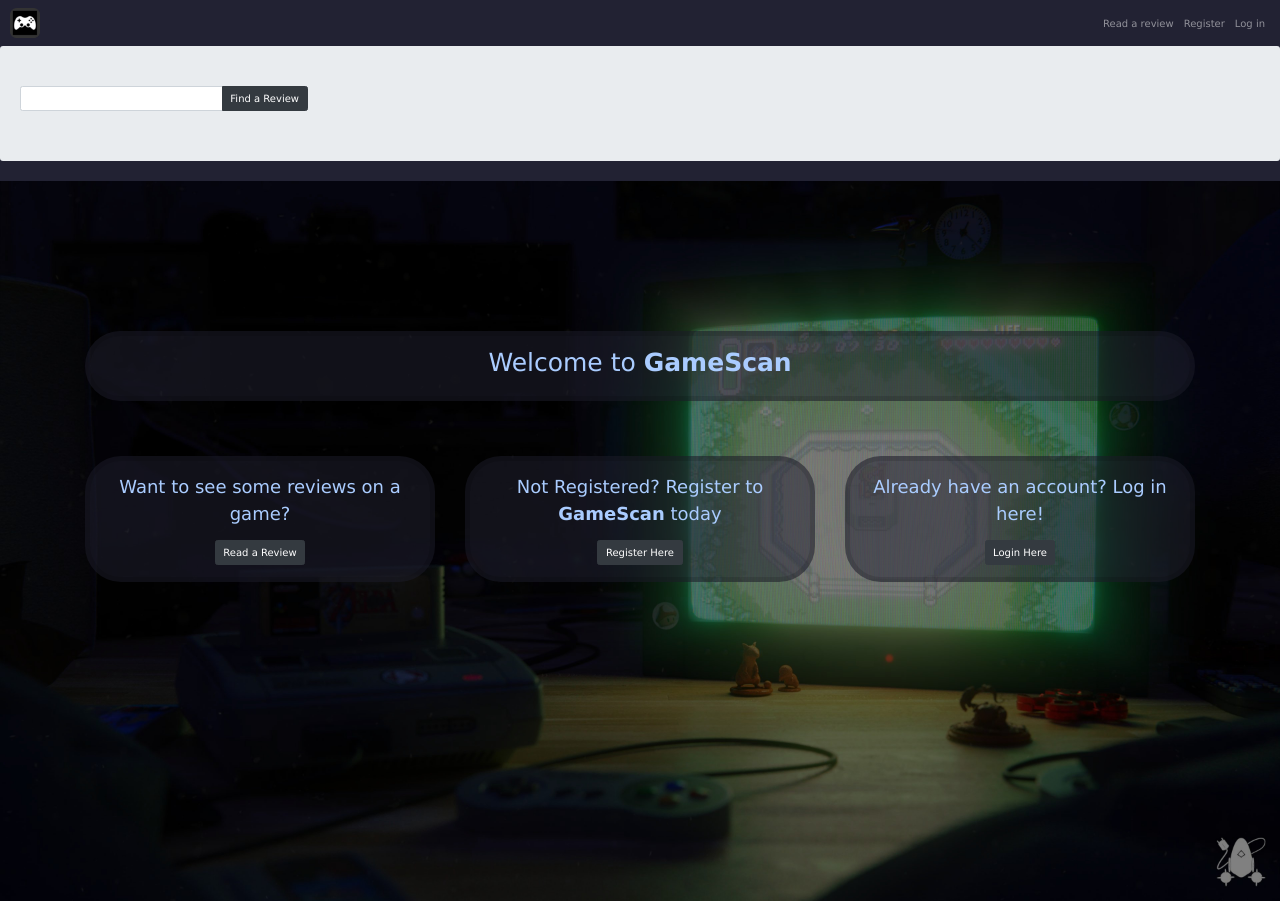
Repository: amit238/milestone-project-3
Page: http://localhost/
The author's editor kept a record of every edit. The page is drawn from the files as they stood at one moment, then again after the next edit.
The browser window is 1280 px wide. The pictures show the whole page.
Some web libraries are served in a nearby version. The page is served by the project's application, run on Flask 3 (app.py). Other server files are loaded and not shown.

Above is the page before.

### templates/index.html
{% extends "base.html" %} {% block nav_index %}active{% endblock %} {% block content %}
<div class="background">
    <div class="container fade-in">
        <div class="row">
            <div class="col-12 homepage">
                <div class="card homepage-card">
                    <div class="card-body">
                        <h1 class="welcome">Welcome to <strong>GameScan</strong></h1>
                    </div>
                </div>
            </div>
        </div>
        <div class="row padding-text-align">
            <div class="col-12 col-lg-4">
                <div class="card homepage-card">
                    <!--Homepage which shows cards providing buttons to redirect -->
                    <div class="card-body">
                        <p>Want to see some reviews on a game?</p>
                        <a href="{{ url_for('reviews') }}" ><button method="get" type="submit" type="button" class="btn btn-dark">Read a Review</button></a>
                    </div>
                </div>
            </div>
            <div class="col-12 col-lg-4">
                <div class="card homepage-card">
                    <div class="card-body">
                        <p>Not Registered? Register to <strong>GameScan</strong> today</p>
                        <a href="{{ url_for('register') }}"><button type="button" class="btn btn-dark">Register Here</button></a>
                    </div>
                </div>
            </div>
            <div class="col-12 col-lg-4">
                <div class="card homepage-card">
                    <div class="card-body">
                        <p>Already have an account? Log in here!</p>
                        <a href="{{ url_for('login') }}"><button type="button" class="btn btn-dark">Login Here</button></a>
                    </div>
                </div>
            </div>
        </div>
        {% endblock %}

### templates/base.html
<!DOCTYPE html>
<html lang="en">

<head>
  <meta charset="UTF-8">
  <meta name="viewport" content="width=device-width, initial-scale=1.0">
  <meta http-equiv="X-UA-Compatible" content="ie=edge"> {% if title %}
  <title>GameScan - {{ title }} </title>
  {% else %}
  <title>Welcome to GameScan!</title>
  {% endif %}
  <link rel="stylesheet" href="https://maxcdn.bootstrapcdn.com/bootstrap/4.2.1/css/bootstrap.min.css" type="text/css" />
  <link rel="stylesheet" href="https://use.fontawesome.com/releases/v5.0.10/css/all.css" integrity="sha384-+d0P83n9kaQMCwj8F4RJB66tzIwOKmrdb46+porD/OvrJ+37WqIM7UoBtwHO6Nlg" crossorigin="anonymous">
  <link rel="stylesheet" href="{{url_for('static', filename='css/style.css')}}" type="text/css" />
  <link rel="shortcut icon" type="image/ico" href="{{ url_for('static', filename='img/favicon.ico') }}" />
</head>

<body>

  <header>
    <nav class="navbar navbar-expand-lg navbar-dark bg-custom ">
      <a class="navbar-brand" href="{{ url_for('index') }}">
       <img src="{{ url_for('static', filename='img/favicon.ico') }}" width="30" height="30" alt="">
  </a>
      <button class="navbar-toggler" type="button" data-toggle="collapse" data-target="#navbarNavAltMarkup" aria-controls="navbarNavAltMarkup" aria-expanded="false" aria-label="Toggle navigation">
    <span class="navbar-toggler-icon"></span>
  </button>
      <div class="collapse navbar-collapse" id="navbarNavAltMarkup">
        <div class="navbar-nav ml-auto">
          <!--Being 'logged in' will show different links-->
          {% if session['logged_in'] == True %}
          <a class="nav-item nav-link" href="{{ url_for('reviews') }}">Read a review</a>
          <a class="nav-item nav-link" href="{{ url_for('addreview') }}">Write a review</a>
          <a class="nav-item nav-link" href="{{ url_for('logout') }}">Sign Out</a> {% else %}
          <a class="nav-item nav-link" href="{{ url_for('reviews') }}">Read a review</a>
          <a class="nav-item nav-link" href="{{ url_for('register') }}">Register</a>
          <a class="nav-item nav-link" href="{{ url_for('login') }}">Log in</a> {% endif %}
        </div>
      </div>
    </nav>
    <div class="jumbotron">
    <div class="row">
      <div class="col-lg-3">
        <form class="input-group mb-3" action="{{ url_for('search') }}">
          <input class="form-control" type="text" name="query" />
          <div class="input-group-append">
            <button class="btn btn-dark" type="submit">Find a Review</button>
          </div>
        </form>
      </div>
    </div>
    </div>
    {% with messages = get_flashed_messages() %} {% if messages %}
    <ul>
      {% for message in messages %}
      <li class="alert-warning">{{ message }}</li>
      {% endfor %}
    </ul>
    {% endif %} {% endwith %} {% block content %} {% endblock %}
  </header>
  <script src="https://code.jquery.com/jquery-3.5.1.js" integrity="sha256-QWo7LDvxbWT2tbbQ97B53yJnYU3WhH/C8ycbRAkjPDc=" crossorigin="anonymous"></script>
  <script src="https://cdnjs.cloudflare.com/ajax/libs/popper.js/1.14.6/umd/popper.min.js" integrity="sha384-wHAiFfRlMFy6i5SRaxvfOCifBUQy1xHdJ/yoi7FRNXMRBu5WHdZYu1hA6ZOblgut" crossorigin="anonymous"></script>
  <script src="https://stackpath.bootstrapcdn.com/bootstrap/4.2.1/js/bootstrap.min.js" integrity="sha384-B0UglyR+jN6CkvvICOB2joaf5I4l3gm9GU6Hc1og6Ls7i6U/mkkaduKaBhlAXv9k" crossorigin="anonymous"></script>
</body>

</html>

### app.py
import os
if os.path.exists("env.py"):
  import env
from flask import Flask, render_template, redirect, request, url_for, flash, session
from forms import LoginForm, RegisterForm, ReviewGameForm
from flask_pymongo import PyMongo
from bson.objectid import ObjectId
import re
import bcrypt

app = Flask(__name__)
app.config["MONGO_DBNAME"] = 'game_scan'
app.config["MONGO_URI"] = os.environ.get('MONGO_URI')

mongo = PyMongo(app)

SECRET_KEY = os.urandom(32)
app.config['SECRET_KEY'] = SECRET_KEY



@app.route('/reviews')
def reviews():
    return render_template('reviews.html', title="Read a review!", game_reviews=mongo.db.game_reviews.find())







@app.route('/')
def index():
    return render_template('index.html', title="Home")






# Adding Log in

@app.route('/login', methods=['GET', 'POST'])
def login():
    """Login handler"""
    if session.get('logged_in'):
        if session['logged_in'] is True:
            return redirect(url_for('index', title="Log In"))

    form = LoginForm()

    if form.validate_on_submit():
        # get all users
        users = mongo.db.users
        # try and get one with same name as entered
        db_user = users.find_one({'name': request.form['username']})

        if db_user:
            # check password using hashing
            if bcrypt.hashpw(request.form['password'].encode('utf-8'),
                             db_user['password']) == db_user['password']:
                session['username'] = request.form['username']
                session['logged_in'] = True
                flash('You have successfully logged in!')
                # successful redirect to home logged in
                return redirect(url_for('index', title="Sign In", form=form))
            # must have failed set flash message
            flash('Invalid username/password combination')
    return render_template("login.html", title="Sign In", form=form)





@app.route('/logout')
def logout():
    """Clears session and redirects to home"""
    session.clear()
    return redirect(url_for('index'))





# Adding in Register form

@app.route('/register', methods=['GET', 'POST'])
def register():
    """Handles registration functionality"""
    form = RegisterForm(request.form)
    if form.validate_on_submit():
        # get all the users
        users = mongo.db.users
        # see if we already have the entered username
        existing_user = users.find_one({'name': request.form['username']})

        if existing_user is None:
            # hash the entered password
            hash_pass = bcrypt.hashpw(request.form['password'].encode('utf-8'), bcrypt.gensalt())
            # insert the user to DB
            users.insert_one({'name': request.form['username'],
                          'password': hash_pass,
                          'email': request.form['email']})
            session['username'] = request.form['username']
            session['logged_in'] = True
            # Logs user in after registering
            return redirect(url_for('index'))
        # duplcate username set flash message and reload page
        flash('Sorry, that username is already taken - use another')
        return redirect(url_for('register'))
    return render_template('register.html', title='Register', form=form)





# Adding a review

@app.route('/addreview', methods=['GET', 'POST'])
def addreview():

   # If user gets onto the add page but not logged in

    if 'logged_in' not in session:
        flash('To add a review you need to sign in')
        return redirect(url_for('login'))

   # If form submits successfully

    form = ReviewGameForm(request.form)
    if request.method == 'POST':
        game_reviews=mongo.db.game_reviews
        print('inside')
        print('rating:' + request.form['rating'])
        # import pdb; pdb.set_trace()
        # add form content to db as a new record
        game_reviews.insert_one({
            'user_created': session['username'],
            'name': request.form['name'],
            'genre': request.form['genre'],
            'rating': request.form['rating'],
            'description': request.form['description'],
            })

        flash('Your Review has been added ', 'success')

        # send to my reviews template on successful add
        return redirect(url_for('reviews'))

    return render_template('addreview.html', form=form,
                           title='Add a Review')





# Editing a review

@app.route('/editreview/<id>', methods=['GET', 'POST'])
def editreview(id):


    a_reivew = mongo.db.game_reviews.find_one({'_id': ObjectId(id)})
    # retrieving record from db


    form = ReviewGameForm(data=a_reivew)

    if form.validate_on_submit():  # if form submits successfully
        game_reviews = mongo.db.game_reviews


        # add form content to db as a new record
        game_reviews.update_one({'_id': ObjectId(id)}, {'$set': {
            'name': request.form['name'],
            'genre': request.form['genre'],
            'rating': request.form['rating'],
            'description': request.form['description'],
            }})
        flash('Your review has been updated!', 'success')

        # send to my review template on successful addupdate
        return redirect(url_for('reviews', id=id))

    return render_template('editreview.html', form=form,
                           title='Edit a  Review!')


# Delete a review

# If user is logged in and wants to delete a review

@app.route('/deletereview/<id>', methods=['GET', 'POST'])
def deletereview(id):

    flash("Your review has been removed!.")
    mongo.db.game_reviews.delete_one({'_id': ObjectId(id)})
    return redirect(url_for('index'))

# Adding a Search bar to my reviews page


@app.route('/search', methods=['POST'])
def search():
    # This creates an index in each of the fields in the collect to perform a text search on them
    mongo.db.game_reviews.create_index([('description', 'text'), ('name','text'), ('genre', 'text'),])

    query = request.form.get('query')
    game_reviews = mongo.db.game_reviews.find({'$text': {'$search': query}})
    return render_template('reviews.html', game_reviews=game_reviews, type='search', query=query)




# Adding a 404 error page

''' If user goes onto a page that doesnt exist on the app '''

@app.errorhandler(404)
def handle_404(exception):
    return render_template('404.html', exception=exception, title="404 Error")

if __name__ == '__main__':
    app.run(host=os.environ.get('IP'),
            port=int(os.environ.get('PORT')),
            debug=False)

### static/css/style.css
html {
  font-size: 10px;
}

body {
  padding: 0;
  margin: 0;
  background-color: #222233;
  font-family: "Lucida Sans Unicode", "Lucida Grande", sans-serif;
  ;
}

/*----Navbar----*/

.bg-custom {
  background-color: #222233;
}

.nav-item {
  color: #aaccff;
}

/*----Homepage----*/

.padding-text-align {
  padding-top: 5em;
  text-align: center;
}

.homepage-card {
  font-size: large;
  background-color: rgba(34, 34, 51, 0.5);
  border-radius: 2em;
  border-width: thick;
  animation: fade-cards-in 2s ease-out;
  margin-bottom: 5px;
  color: #AACCFF
}

@keyframes fade-cards-in {
  0% {
    opacity: .5;
    transform: translateY(30px);
  }
  80% {
    transform: translateY(3px);
  }
  100% {
    opacity: 1;
    transform: translate(0);
  }
}

.background {
  background-image: url('../img/night.jpg');
  background-color: #222233;
  background-size: cover;
  background-repeat: no-repeat;
  height: 100vh;
}

.homepage {
  padding-top: 15em;
  text-align: center;
}

/*----Add Review----*/
/*-some css also in reviews.html to stop repeating-*/

.form-bg {
  background-color: #222233;
  margin-top: 2em;
}

.thick-border {
  border-width: thick;

}

.form-text {
  color: #AACCFF;
  font-size: 1.4rem;
  border-width: thick;
}

.form-btn {
  text-align: center;
  background-color: #222233;
}

.center-header {
  text-align: center;
}


/*----Reviews----*/

.center {
  text-align: center;
  border-width: thick;
}

.description {
  margin-top: 2em;
  text-align: left;
}

.review-title {
  font-weight: 900;
}


/*----Register----*/
/*-some css also in other html pages to stop repeating-*/

.color-center {
  color: #AACCFF;
  text-align: center;
}

.padding-top {
  padding-top: 1em;
}


.border-box {
  border-radius: 1rem;
}




.message {
  text-align: center;
  color: white;
  padding-left: 3rem;
}

After the next edit:
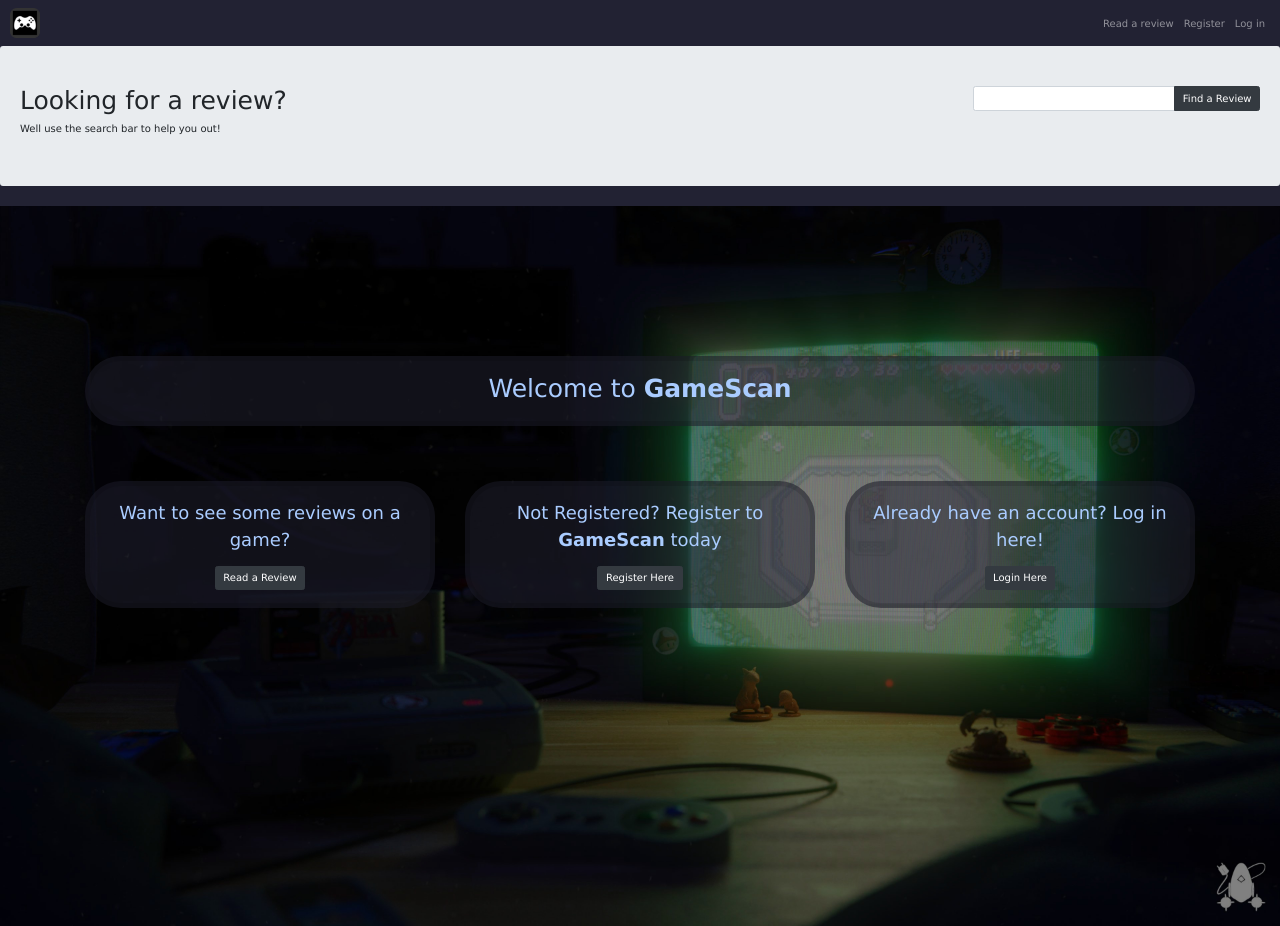
The edit:
--- a/templates/base.html
+++ b/templates/base.html
@@ -40,6 +40,10 @@
     </nav>
     <div class="jumbotron">
     <div class="row">
+      <div class="col-lg-9">
+        <h1>Looking for a review?</h1>
+        <p>Well use the search bar to help you out!</p>
+      </div>
       <div class="col-lg-3">
         <form class="input-group mb-3" action="{{ url_for('search') }}">
           <input class="form-control" type="text" name="query" />
